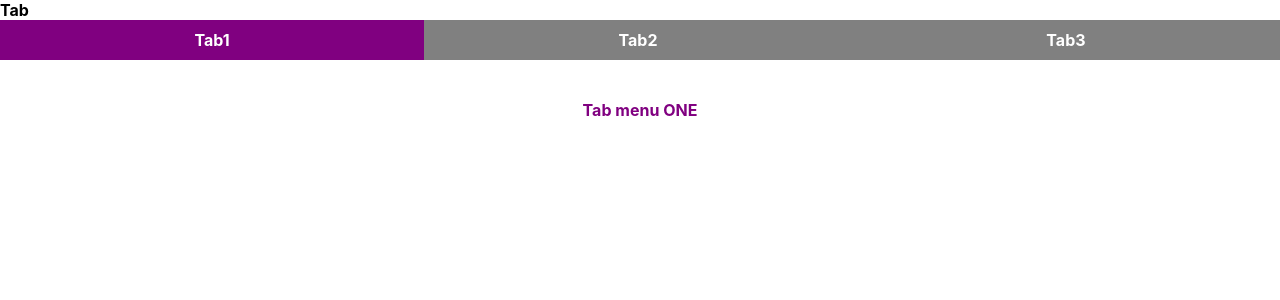
Repository: janghwahyun/wanted_pre_onboarding
Page: /Tab
These files come from the project's save history. The page is drawn as it stood at one moment and after the next save; the edit follows.
The browser window is 1280 px wide. The pictures show the whole page.
The project was rebuilt for these pictures with package versions that can differ from the ones it lists, and the page was loaded fresh each time. Also part of the build but not shown: src/component/ClickToEdit.js, src/component/AutoComplete.js, src/component/Modal.js, src/component/Tag.js, src/component/Toggle.js.

Above is the page before, as saved 2022-02-11 14:26:02.

### src/App.js
import ClickToEdit from './component/ClickToEdit';
import AutoComplete from './component/AutoComplete';
import Modal from './component/Modal';
import Tab from './component/Tab';
import Tag from './component/Tag';
import Toggle from './component/Toggle';

import './App.css';
import { BrowserRouter, Routes, Route } from 'react-router-dom';

function App() {
  return (
    <BrowserRouter>
      <Routes>
        <Route path="/" element={<App />} />
        <Route path="/ClickToEdit" element={<ClickToEdit />} />
        <Route path="/AutoComplete" element={<AutoComplete />} />
        <Route path="/Modal" element={<Modal />} />
        <Route path="/Tab" element={<Tab />} />
        <Route path="/Tag" element={<Tag />} />
        <Route path="/Toggle" element={<Toggle />} />
      </Routes>
    </BrowserRouter>
  );
}

export default App;

### src/component/Tab.js
import { useState, useRef } from 'react';
import styled from 'styled-components';

const Tab = () => {
  const menuArr = [
    { name: 'Tab1', value: 'Tab menu ONE' },
    { name: 'Tab2', value: 'Tab menu TWO' },
    { name: 'Tab3', value: 'Tab menu THREE' },
  ];
  const [currentTab, setCurrentTab] = useState(0);

  const selectMenuHandler = idx => {
    setCurrentTab(idx);
  };

  return (
    <>
      <strong>Tab</strong>
      <div>
        <TabMenu>
          {menuArr.map((el, idx) => {
            return (
              <div key={idx} className={`${idx === currentTab ? 'submenu focused' : 'submenu'}`} onClick={() => selectMenuHandler(idx)}>
                {el.name}
              </div>
            );
          })}
        </TabMenu>
        <View>
          <p>{menuArr[currentTab].value}</p>
        </View>
      </div>
    </>
  );
};

const TabMenu = styled.li`
  background-color: grey;
  color: white;
  font-weight: bold;
  display: flex;
  flex-direction: row;
  justify-items: center;
  align-items: center;
  list-style: none;
  margin-bottom: 40px;
  height: 40px;

  .submenu {
    display: flex;
    justify-content: center;
    flex-grow: 1;
    cursor: pointer;
  }

  .focused {
    background-color: purple;
    color: white;
    height: 100%;
    display: flex;
    align-items: center;
    transition: 1s;
  }

  & div.desc {
    text-align: center;
  }
`;

const View = styled.div`
  color: purple;
  font-weight: bold;
  text-align: center;
`;

export default Tab;

### src/App.css
* {
  box-sizing: border-box;
}

.App {
  width: 100%;
  height: 100vh;
  display: flex;
  justify-content: center;
  align-items: center;
}

Loaded but not shown: public/index.html (common file); src/index.js (common file); src/index.css (common file); src/reportWebVitals.js (common file)

After the next save:
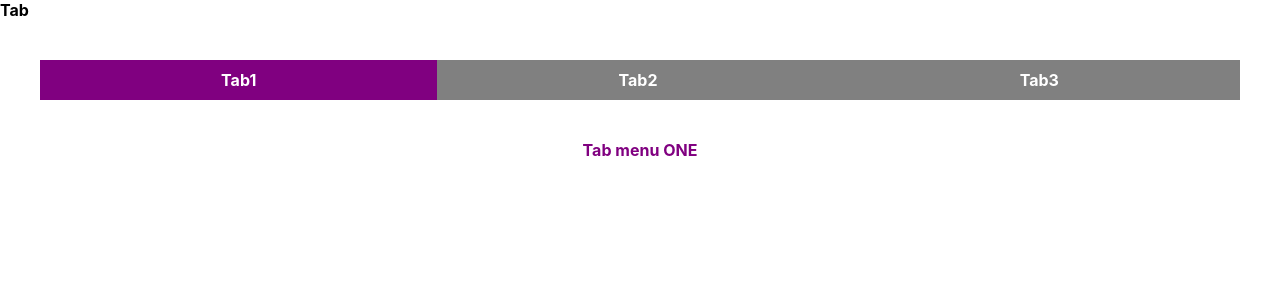
Saved 12 s later.
--- a/src/component/Tab.js
+++ b/src/component/Tab.js
@@ -43,7 +43,7 @@ const TabMenu = styled.li`
   justify-items: center;
   align-items: center;
   list-style: none;
-  margin-bottom: 40px;
+  margin: 40px;
   height: 40px;
 
   .submenu {
